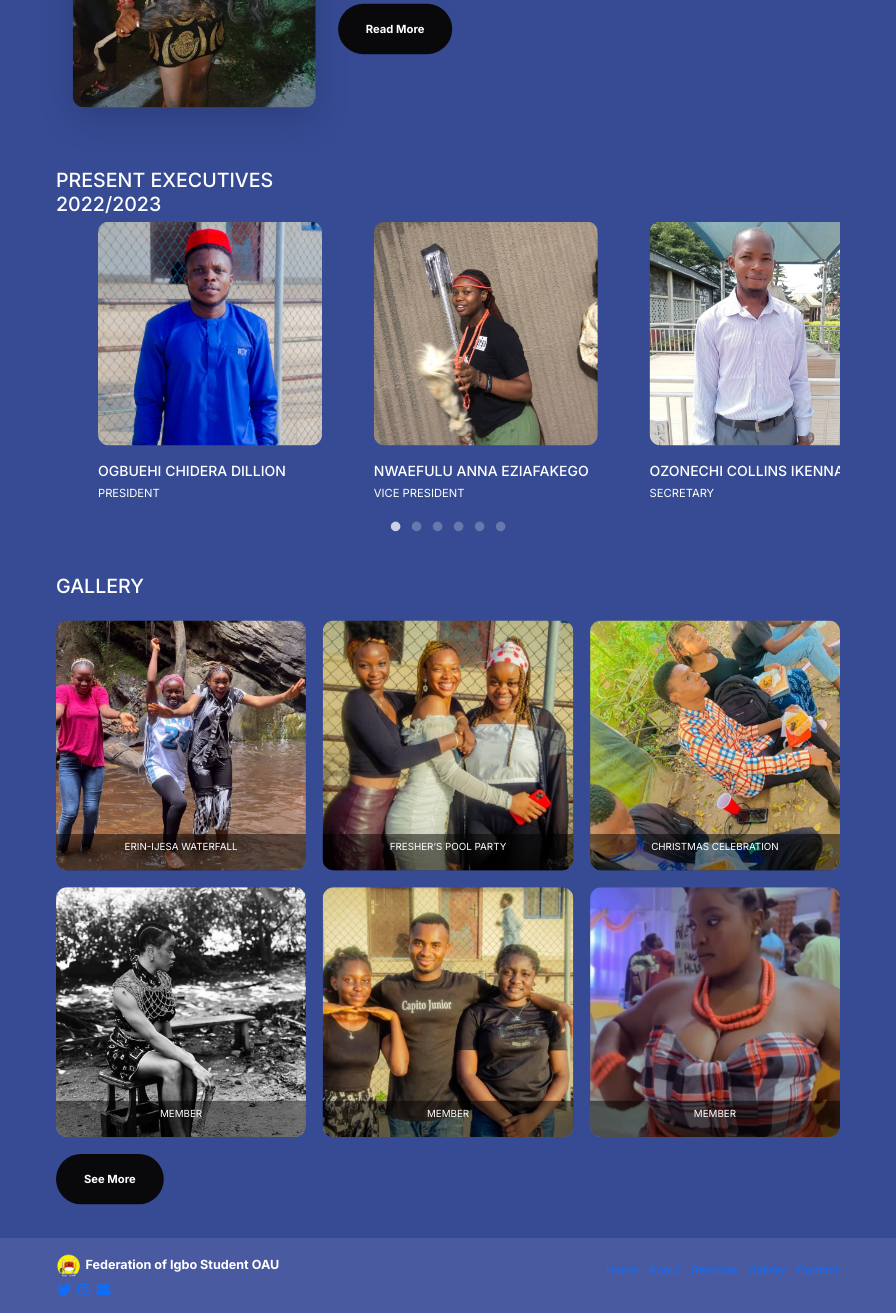
Repository: akinolapo/fis
Page: /
These files come from the project's save history. The page is drawn as it stood at one moment and after the next save; the edit follows.
The browser window is 1280 px wide. The pictures show the part of the page from y = 1439 to 3359 px (the page is 3315 px tall before and 3359 px after), at 70% of full size.
The project was rebuilt for these pictures with package versions that can differ from the ones it lists, and the page was loaded fresh each time. The framework's server and built-in components were replaced by stand-ins that run in the browser. Also part of the build but not shown: next.config.mjs.

Above is the page before, as saved 2024-05-06 13:10:54.

After the next save:
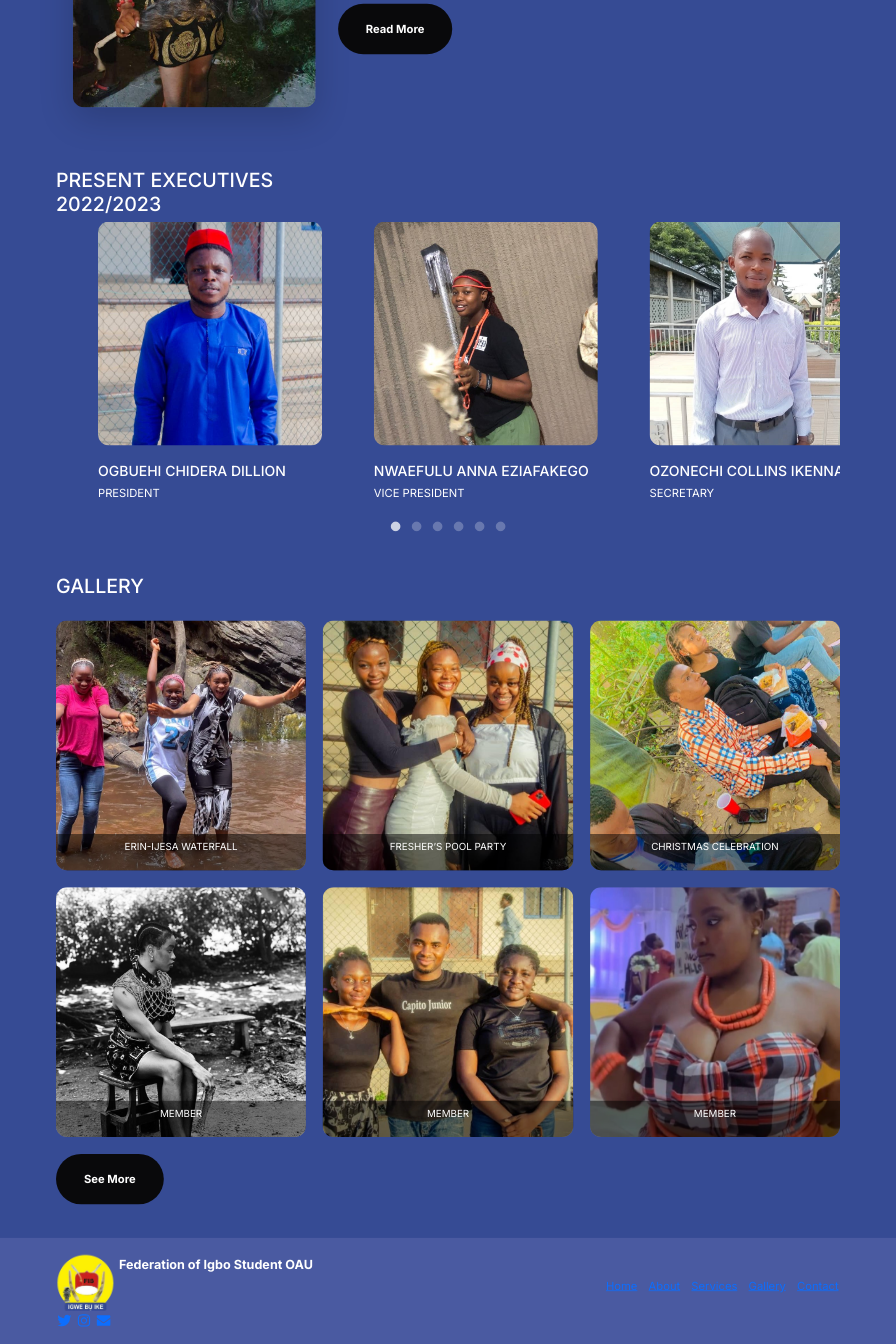
Saved 11 s later.
--- a/app/components/Footer/Footer.tsx
+++ b/app/components/Footer/Footer.tsx
@@ -9,7 +9,7 @@ const Footer = () => {
         {/* Left section with logo, site title, and contact info */}
         <div className="">
           <div className="flex justify-center">
-            <img src="/logo.png" alt="Logo" className="h-8 mr-2" />
+            <img src="/logo.png" alt="Logo" className="h-20 mr-2" />
             <h2 className="text-lg font-bold">Federation of Igbo Student OAU</h2>
           </div>
           <div className="flex flex-col">
